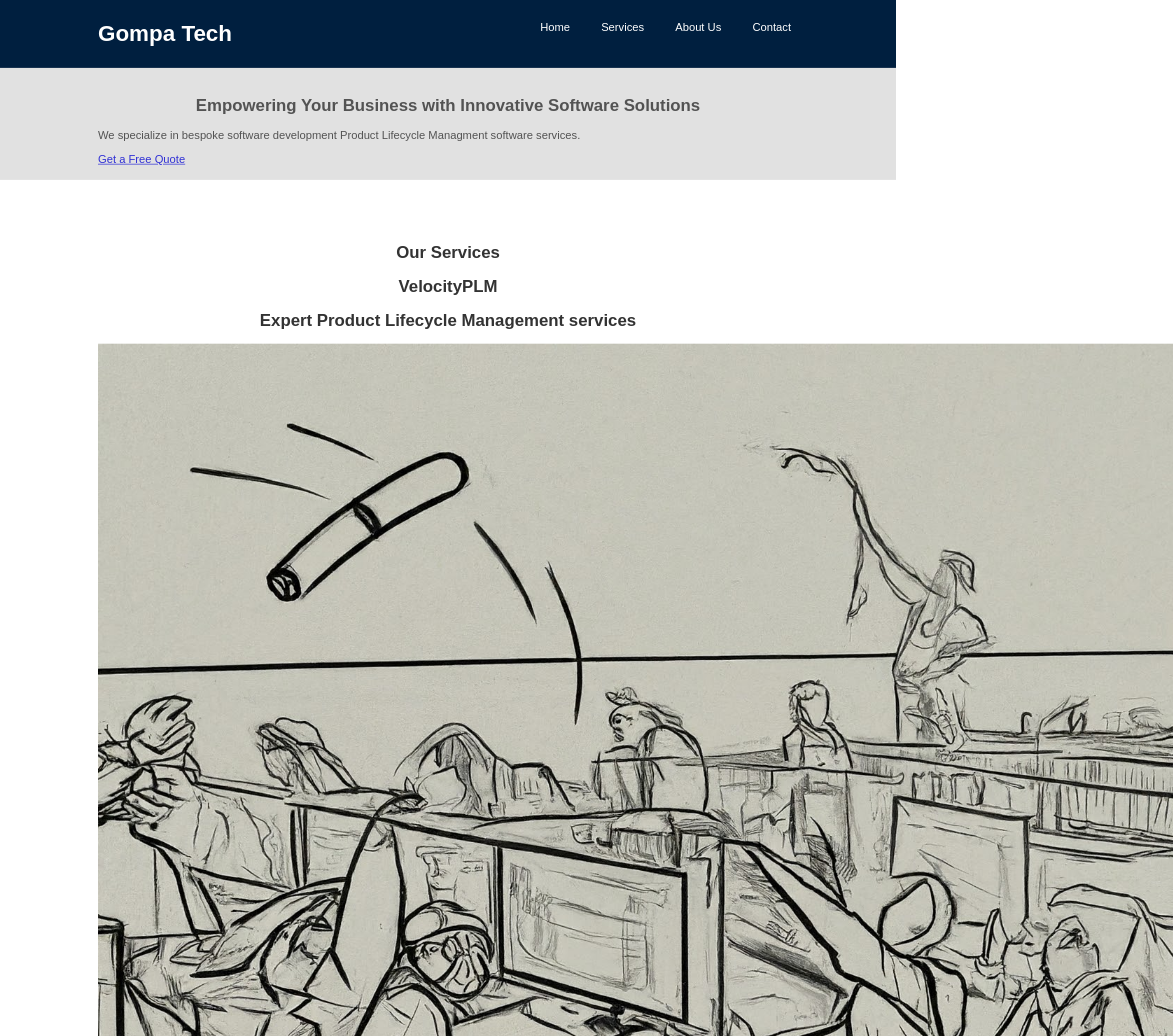
Repository: gompatech/website
Page: d3/index.html
The author's editor kept a copy of each file at every save. The page is drawn from the files as they stood at one save, then again after the next save.
The browser window is 1280 px wide. The page is 1676 px wide, then 1280 px, so the pictures cover 1676 px, including what lies to the right of the window. The pictures show the part of the page from y = 0 to 1480 px (the page is 7279 px tall before and 1092 px after), at 70% of full size.
Pictures or frames that could not be fetched are drawn as grey boxes.

Above is the page before, as saved 2024-07-24 11:32:25.

### d3/index.html
<!DOCTYPE html>
<html lang="en">
<head>
  <meta charset="UTF-8">
  <meta name="viewport" content="width=device-width, initial-scale=1.0">
  <title>Gompa Tech - Software Development Solutions</title>
  <link rel="stylesheet" href="./style.css">
</head>
<body>
  <header class="navy-bg">
    <div class="container">
      <a href="#" class="logo">Gompa Tech</a>
      <nav>
        <ul>
          <li><a href="#">Home</a></li>
          <li><a href="#">Services</a></li>
          <li><a href="#">About Us</a></li>
          <li><a href="#">Contact</a></li>
        </ul>
      </nav>
    </div>
  </header>

  <main>
    <section class="hero">
      <div class="container">
        <h1>Empowering Your Business with Innovative Software Solutions</h1>
        <p>We specialize in bespoke software development Product Lifecycle Managment software services.</p>
        <a href="#" class="button">Get a Free Quote</a>
        <img src="images/hero-bg.jpg" alt="Code Background Image" class="hero-img">
      </div>
    </section>

    <section class="services navy-bg">
      <div class="container">
        <h2>Our Services</h2>
          <div class="services">
            <div class="services-container">
                <div class="text-content">
                    <h1>VelocityPLM</h1>
                    <h2>Expert Product Lifecycle Management services</h2>
                </div>
                <img src="./images/vPLMold.jpg" alt="VelocityPLM Old" class="active">
                <img src="./images/vPLMnew.jpg" alt="VelocityPLM New" class="inactive">
            </div>
            <div class="services-container">
                <div class="text-content">
                    <h1>BespokeSW</h1>
                    <h2>Bespoke Software Development</h2>
                </div>
                <img src="./images/vPLMold.jpg" alt="VelocityPLM Old" class="active">
                <img src="./images/vPLMnew.jpg" alt="VelocityPLM New" class="inactive">
            </div>
        </div>
      </div>
    </section>

    <section class="benefits">
      <div class="container">
        <h2>Why Choose Gompa Tech?</h2>
        <ul>
          <li>Experienced and Skilled Developers</li>
          <li>Agile Development Methodology</li>
          <li>Transparent Communication</li>
          <li>Cost-Effective Solutions</li>
        </ul>
      </div>
    </section>
  </main>

  <footer class="navy-bg">
    <div class="container">
      <p>&copy; Gompa Tech 2024</p>
      <a href="#">Privacy Policy</a>
    </div>
  </footer>
</body>
</html>

### d3/style.css
/* Basic styles */
body {
  font-family: sans-serif;
  margin: 0;
  padding: 0;
}

.container {
  max-width: 1000px;
  margin: 0 auto;
  padding: 20px;
}

/* Header */
header {
  background-color: #001F3F;  /* Navy blue */
  color: #fff;
  padding: 10px 0;
}

.logo {
  font-size: 2em;
  font-weight: bold;
  text-decoration: none;
  color: #fff;
}

nav {
  float: right;
}

nav ul {
  list-style: none;
  margin: 0;
  padding: 0;
}

nav li {
  display: inline-block;
  margin-left: 20px;
}

nav a {
  color: #fff;
  text-decoration: none;
  padding: 5px 10px;
}

nav a:hover {
  background-color: #2F4F4F; /* Darker navy blue on hover */
  transition: background-color 0.3s ease;
}

/* Main content */
main {
  padding-bottom: 50px;
  color: #333;
}

section {
  margin-bottom: 50px;
}

h1, h2 {
  text-align: center;
  margin-bottom: 20px;
}

.hero {
  position: relative;
}

.hero-img {
  position: absolute;
  top: 0;
  left: 0;
  width: 100%;
  height: 100%;
  opacity: 0.3; /* Set the transparency level for the background image */
}

.service-card {
  display: flex;
  align-items: center;
  margin-bottom: 20px;
  padding: 20px;
  border: 1px solid #ddd;
  border-radius: 5px;
}

.service-card img {
  width: 100px;
  margin-right: 20px;
}

.benefits ul {
  list-style: none;
  margin: 0;
  padding: 0;
}

.benefits li {
  margin-bottom: 10px;
}

/* Footer */
footer {
  background-color: #001F3F;
  color: #fff;
  padding: 10px 0;
  text-align: center;
}

footer p {
  margin-bottom: 10px;
}

After the next save:
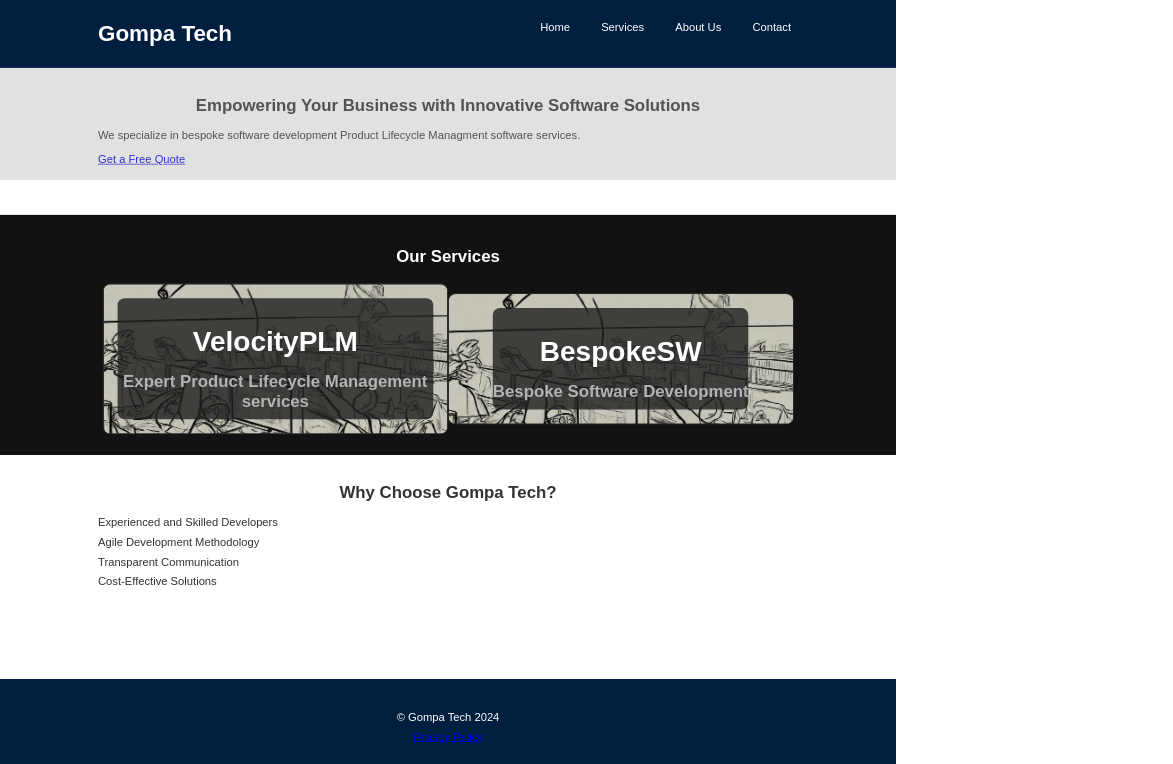
Saved 35 min 22 s later.
--- a/d3/index.html
+++ b/d3/index.html
@@ -75,4 +75,80 @@
     </div>
   </footer>
 </body>
+<style>
+  .services {
+      font-family: Arial, sans-serif;
+      margin: 0;
+      padding: 0;
+      display: flex;
+      flex-wrap: wrap;
+      justify-content: center;
+      align-items: center;
+/*            height: 100vh;  */
+      background-color: #121212;
+      color: #ffffff;
+      padding: 5px;
+  }
+  .services-container {
+      width: 50%;
+      padding: 20px;
+      border: 1px solid #333;
+      border-radius: 10px;
+      background-color: #1e1e1e;
+      box-sizing: border-box;
+      display: flex;
+      flex-direction: column;
+      align-items: center;
+      justify-content: center;
+      position: relative;
+      overflow: hidden;
+  }
+  .services-container img {
+      width: 100%;
+      height: auto;
+      max-height: 300px;
+      object-fit: cover;
+      border-radius: 10px;
+      position: absolute;
+      top: 0;
+      left: 0;
+      opacity: 0;
+      transition: opacity 1s ease-in-out;
+  }
+  .services-container img.active {
+      opacity: 1;
+      z-index: 1;
+  }
+  .services-container img.inactive {
+      z-index: 0;
+  }
+  .text-content {
+      position: relative;
+      z-index: 2;
+      text-align: center;
+      padding-top: 20px;
+      background: rgba(30, 30, 30, 0.8);
+      border-radius: 10px;
+  }
+  .services-container h1 {
+      font-size: 2.5em;
+      margin: 0.5em 0;
+  }
+  .services-container h2 {
+      font-size: 1.5em;
+      margin: 0.5em 0;
+      color: #b3b3b3;
+  }
+  @media (max-width: 600px) {
+      .services-container {
+          width: 100%;
+      }
+      .services-container h1 {
+          font-size: 2em;
+      }
+      .services-container h2 {
+          font-size: 1.2em;
+      }
+  }
+</style>
 </html>
